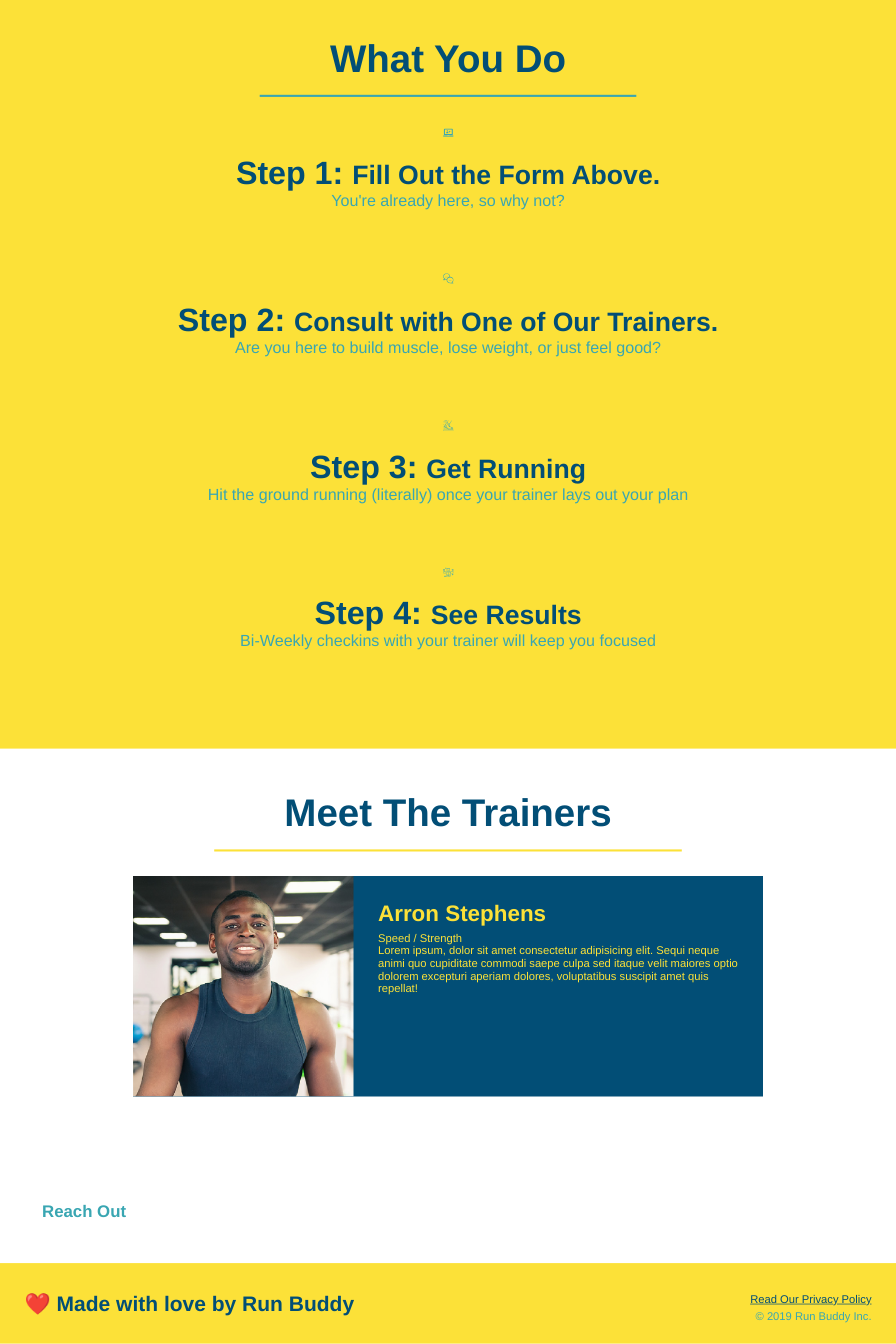
Repository: symlara/run-buddy
Page: index.html
These files come from the project's save history. The page is drawn as it stood at one moment and after a run of saves; the edit follows.
The browser window is 1280 px wide. The pictures show the part of the page from y = 1188 to 3108 px (the page is 3108 px tall), at 70% of full size.

Above is the page before, as saved 2020-12-10 14:34:20.

After the next 3 saves:
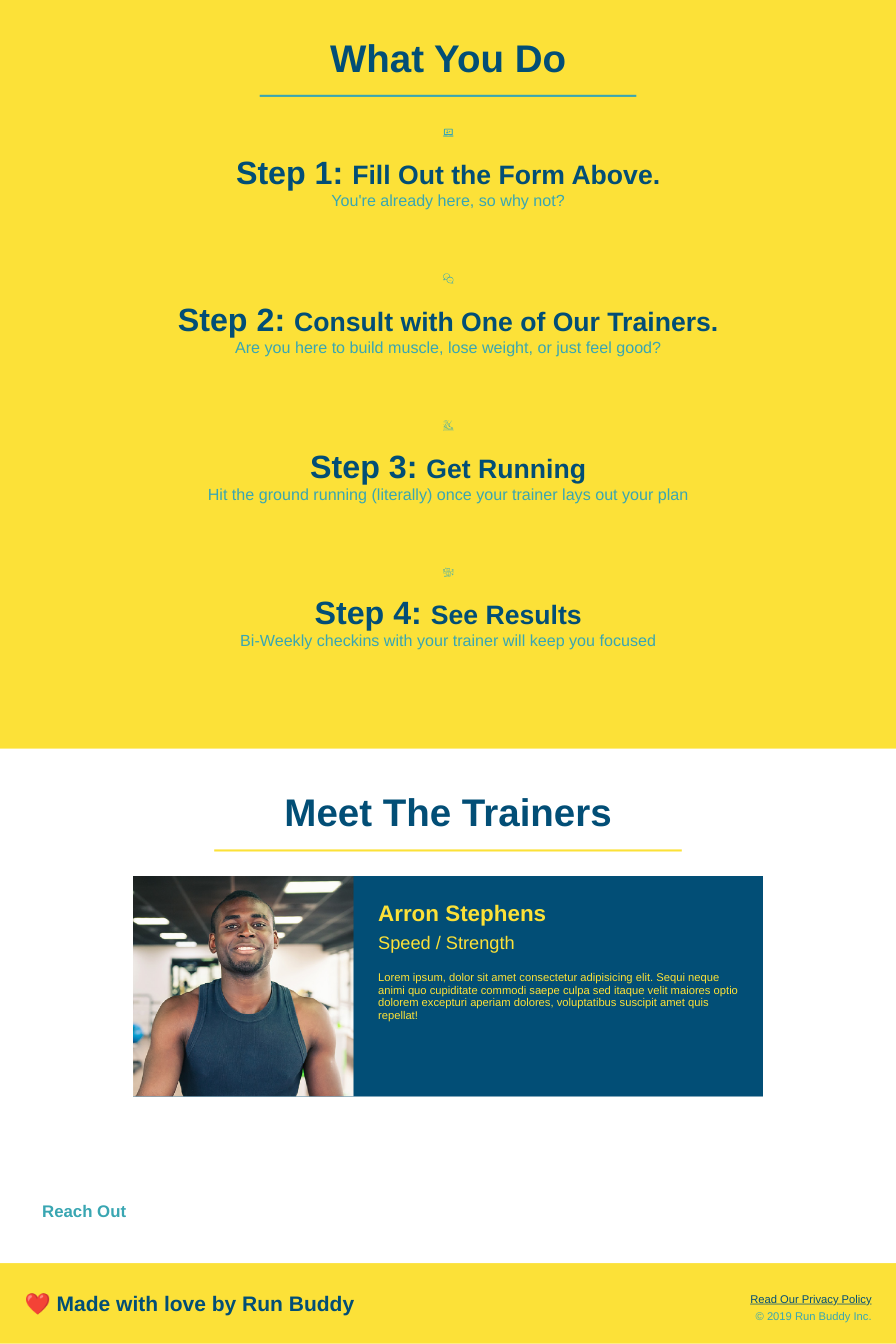
The 3 saves are shown as one change because they came seconds apart.
The last was saved 11 s later.
--- a/assets/css/style.css
+++ b/assets/css/style.css
@@ -230,6 +230,7 @@ section {
 
 .trainer-bio h4 {
     font-weight: lighter;
-
+    font-size: 26px;
+    margin-bottom: 25px;
 }
 /* Your Trainers Section End */
